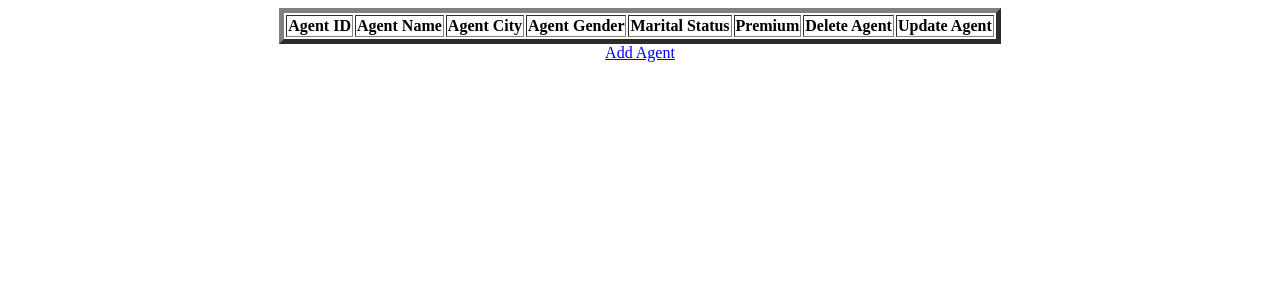
Repository: Guptaji153/Test002
Page: http://localhost/exam/ShowAgent.jsp
An editor plug-in stored every save of this project. The page is shown before and after the next save, followed by the edit.
The browser window is 1280 px wide. The pictures show the whole page.
The page is served by Tomcat 9. Other server files are loaded and not shown. Queries for data that is not in the repository find no rows.

Above is the page before, as saved 2025-05-06 10:16:32.

### Day2/exam/src/main/webapp/ShowAgent.jsp
<%@page import="com.java.exam.model.Agent"%>
<%@page import="java.util.List"%>
<%@page import="com.java.exam.dao.AgentDaoImpl"%>
<%@page import="com.java.exam.dao.AgentDao"%>
<%@ page language="java" contentType="text/html; charset=ISO-8859-1"
    pageEncoding="ISO-8859-1"%>
<!DOCTYPE html>
<html>
<head>
<meta charset="ISO-8859-1">
<title>Insert title here</title>
</head>
<body>

<%  AgentDao dao = new AgentDaoImpl();
    List<Agent> agentList = dao.showAgentDao();
%>

<table border="5" align="center">
    <tr>
        <th>Agent ID</th>
        <th>Agent Name</th>
        <th>Agent City</th>
        <th>Agent Gender</th>
        <th>Marital Status</th>
        <th>Premium</th>
        <th>Delete Agent</th>
        <th>Update Agent</th>
    </tr>

    <% for (Agent agent : agentList) { %>
        <tr>
            <td><%= agent.getAgentID() %></td>
            <td><%= agent.getName() %></td>
            <td><%= agent.getCity() %></td>
            <td><%= agent.getGender() %></td>
            <td><%= agent.getMaritalStatus() %></td>
            <td><%= agent.getPremium() %></td>
                <td><a href="DeleteAgent.jsp?agentID=<%= agent.getAgentID() %>">Delete</a></td>
<td><a href="UpdateAgent.jsp?agentID=<%= agent.getAgentID() %>">Update</a></td>

        </tr>
    <% } %>
</table>
<center>

<a href = "AddAgent.jsp">Add Agent</a>
</center>

</body>
</html>

### Day2/exam/src/main/java/com/java/exam/dao/AgentDao.java
package com.java.exam.dao;

import java.sql.SQLException;
import java.util.List;

import com.java.exam.model.Agent;

public interface AgentDao {
List<Agent> showAgentDao() throws ClassNotFoundException, SQLException;

String addAgent(Agent agent) throws ClassNotFoundException, SQLException;
}

### Day2/exam/src/main/java/com/java/exam/dao/AgentDaoImpl.java
package com.java.exam.dao;

import java.sql.Connection;
import java.sql.PreparedStatement;
import java.sql.ResultSet;
import java.sql.SQLException;
import java.util.ArrayList;
import java.util.List;

import com.java.exam.model.Agent;
import com.java.exam.model.Gender;
import com.java.exam.util.ConnectionHelper;

public class AgentDaoImpl implements AgentDao{

	Connection connection;
	PreparedStatement psmt;


	@Override
	public List<Agent> showAgentDao() throws ClassNotFoundException, SQLException {
		List<Agent> agentList = new ArrayList<>();
		Agent agent = null;
		connection = ConnectionHelper.getConnection();
		String query = "select * FROM agent";
		psmt = connection.prepareStatement(query);
		ResultSet rs = psmt.executeQuery();
		while(rs.next()) {
			agent = new Agent();
			agent.setAgentID(rs.getInt("agentID"));
			agent.setName(rs.getString("name"));
			agent.setCity(rs.getString("city"));
			agent.setGender(Gender.valueOf(rs.getString("gender")));
			agent.setMaritalStatus(rs.getInt("maritalStatus"));
			agent.setPremium(rs.getDouble("premium"));
			agentList.add(agent);
		}

		return agentList;


	}


	@Override
	public String addAgent(Agent agent) throws ClassNotFoundException, SQLException {
		// TODO Auto-generated method stub
		String query = "INSERT into AGENT(agentID,name,gender,city,maritalStatus,premium) VALUES (?,?,?,?,?,?)";
		connection = ConnectionHelper.getConnection();
		psmt = connection.prepareStatement(query);
		psmt.setInt(1, agent.getAgentID());
		psmt.setString(2, agent.getName());
		psmt.setString(3, agent.getGender().toString());
		psmt.setString(4, agent.getCity());
		psmt.setInt(5, agent.getMaritalStatus());
		psmt.setDouble(6, agent.getPremium());
		psmt.executeUpdate();
		return "Agent Added ";
	}

}

### Day2/exam/src/main/java/com/java/exam/util/ConnectionHelper.java
package com.java.exam.util;



import java.sql.Connection;
import java.sql.DriverManager;
import java.sql.SQLException;
import java.util.ResourceBundle;

public class ConnectionHelper {

	public static Connection getConnection() throws ClassNotFoundException, SQLException {
		ResourceBundle rb = ResourceBundle.getBundle("db");
		String driver = rb.getString("driver");
		String url = rb.getString("url");
		String user = rb.getString("user");
		String password = rb.getString("password");

		Class.forName(driver);
		Connection connection = DriverManager.getConnection(url, user, password);
		return connection;
	}
}

After the next save:
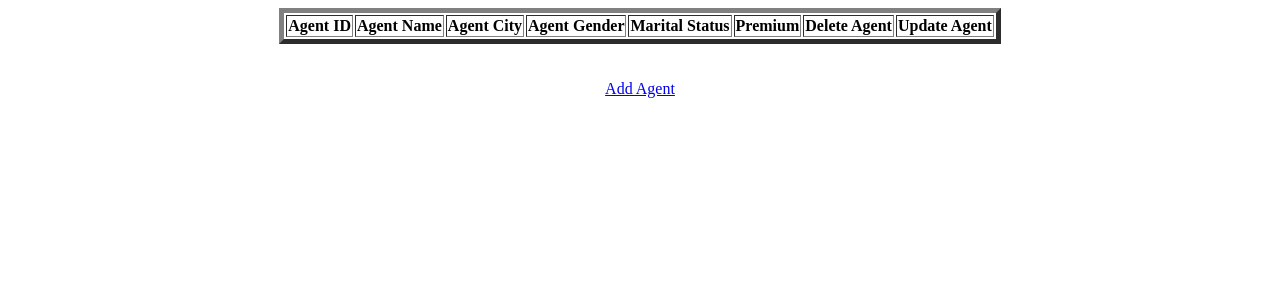
Saved 17 s later.
--- a/Day2/exam/src/main/webapp/ShowAgent.jsp
+++ b/Day2/exam/src/main/webapp/ShowAgent.jsp
@@ -41,7 +41,7 @@
 
         </tr>
     <% } %>
-</table>
+</table> <br><br>
 <center>
 
 <a href = "AddAgent.jsp">Add Agent</a>
